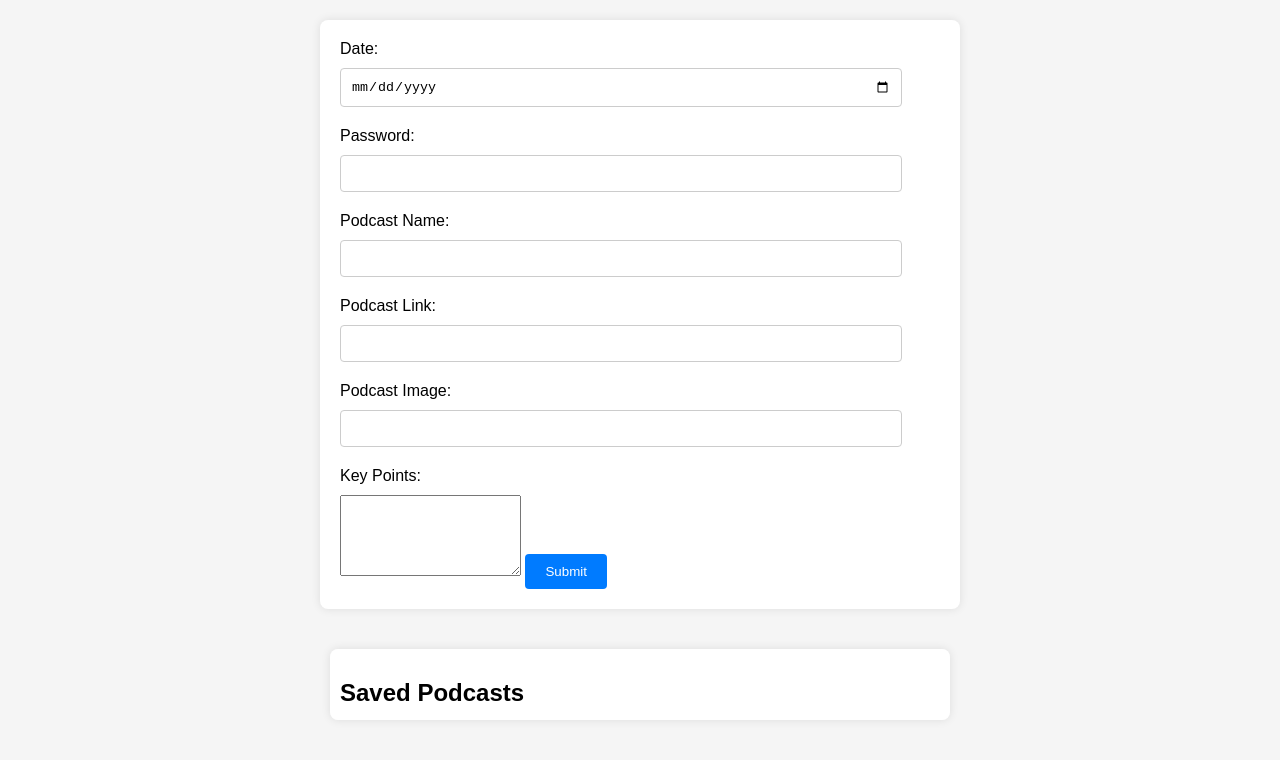
Repository: fechinmitchell/thedailyonepercent
Page: form.html
An editor plug-in stored every save of this project. The page is shown before and after the next save, followed by the edit.
The browser window is 1280 px wide. The pictures show the whole page.

Above is the page before, as saved 2023-06-25 22:11:42.

### form.html
<!DOCTYPE html>
<html>
<head>
  <link rel="stylesheet" type="text/css" href="popup.css">
</head>
<body>
  <div id="podcast-form-wrapper">
    <form id="podcast-form">
      <label for="date">Date:</label>
      <input type="date" id="date" name="date" required>

      <label for="password">Password:</label>
      <input type="password" id="password" name="password" required>

      <label for="podcastName">Podcast Name:</label>
      <input type="text" id="podcastName" name="podcastName" required>

      <label for="podcastLink">Podcast Link:</label>
      <input type="text" id="podcastLink" name="podcastLink" required>

      <label for="podcastImage">Podcast Image:</label>
      <input type="text" id="podcastImage" name="podcastImage" required>

      <label for="keyPoints">Key Points:</label>
      <textarea id="keyPoints" name="keyPoints" rows="5" required></textarea>

      <button type="button" id="submit">Submit</button>
    </form>
  </div>
  <div id="podcast-list">
    <h2>Saved Podcasts</h2>
    <ul id="podcast-list-items">
      <!-- Podcast items will be appended here -->
    </ul>
  </div>
  <script src="form.js"></script>
</body>
</html>

### popup.css
body {
  background-color: #f5f5f5;
  font-family: Arial, sans-serif;
  display: flex;
  justify-content: flex-start; /* align items at the start */
  align-items: center;
  height: 100vh;
  margin: 0;
  flex-direction: column; /* arrange items vertically */
  padding: 20px; /* add some padding around the whole body */
  overflow: auto; /* allow scrolling on the whole body if needed */
}

#header {
  display: flex;
  justify-content: center;
  align-items: center;
  margin-bottom: 20px;
}

#header-image {
  margin-right: 10px;
}

#podcast-form-wrapper, #podcast-list {
  background-color: white;
  padding: 20px;
  border-radius: 8px;
  box-shadow: 0px 0px 10px rgba(0,0,0,0.1);
  width: 80%;
  max-width: 600px;
  margin-bottom: 20px; /* add some space between the form and the list */
}

#podcast-form label {
  display: block;
  margin-bottom: 10px;
}

#podcast-form input {
  width: 90%;
  padding: 10px;
  margin-bottom: 20px;
  border-radius: 4px;
  border: 1px solid #ccc;
}

#podcast-form button {
  background-color: #007BFF;
  color: white;
  border: none;
  border-radius: 4px;
  padding: 10px 20px;
  cursor: pointer;
}

#podcast-form button:hover {
  background-color: #0056b3;
}

#logo {
  width: 50px; /* Adjust this to change the size of the logo */
}

#podcast-list {
  margin-top: 20px;
  padding: 10px;
  height: 50vh; /* Adjust this to change the height of the podcast list */
  overflow-y: auto; /* Enable vertical scrolling for the podcast list */
}

#podcast-list-items li {
  margin-bottom: 10px;
}

.delete-btn {
  margin-left: 10px;
  color: red;
  cursor: pointer;
}

/* New additions */

#content-wrapper {
  width: 550px;
  display: flex;
  flex-direction: column;
  align-items: center;
  justify-content: space-between;
}

#podcast-card {
  width: 100%;
  height: 60px;
  display: flex;
  flex-direction: column;
  align-items: center;
  justify-content: space-between;
}

#logo {
  width: 100px;
  height: auto;
}

### form.js
function loadPodcasts() {
    var podcastList = document.getElementById('podcast-list-items');
    podcastList.innerHTML = '';  // clear the list

    // load all saved podcasts from local storage
    for (var i = 0; i < localStorage.length; i++) {
      var key = localStorage.key(i);
      var podcast = JSON.parse(localStorage.getItem(key));

      var li = document.createElement('li');
      li.innerText = key + ': ' + podcast.name + ' (' + podcast.link + ')';

      var deleteBtn = document.createElement('span');
      deleteBtn.className = 'delete-btn';
      deleteBtn.innerHTML = '&#10006;'; // X symbol
      deleteBtn.addEventListener('click', deletePodcast.bind(null, key));

      li.appendChild(deleteBtn);
      podcastList.appendChild(li);
    }
  }

  function deletePodcast(key) {
    localStorage.removeItem(key);
    loadPodcasts(); // Reload the podcast list to reflect the deletion
  }

  document.getElementById('submit').addEventListener('click', function() {
    var password = document.getElementById('password').value;

    if (password === '12345') {
      var date = document.getElementById('date').value;
      var newPodcastName = document.getElementById('podcastName').value;
      var newPodcastLink = document.getElementById('podcastLink').value;
      var newPodcastImage = document.getElementById('podcastImage').value;
      var keyPoints = document.getElementById('keyPoints').value;

      var podcast = {
        name: newPodcastName,
        link: newPodcastLink,
        image: newPodcastImage,
        keyPoints: keyPoints
      };

      // Use the date as the key instead of the current day of the month
      localStorage.setItem(date, JSON.stringify(podcast));
      alert("Podcast info saved for " + date + "!");

      // Reload the podcast list to include the new podcast
      loadPodcasts();
    } else {
      alert("Invalid password!");
    }
  });

  // Load the saved podcasts when the page is opened
  loadPodcasts();

After the next save:
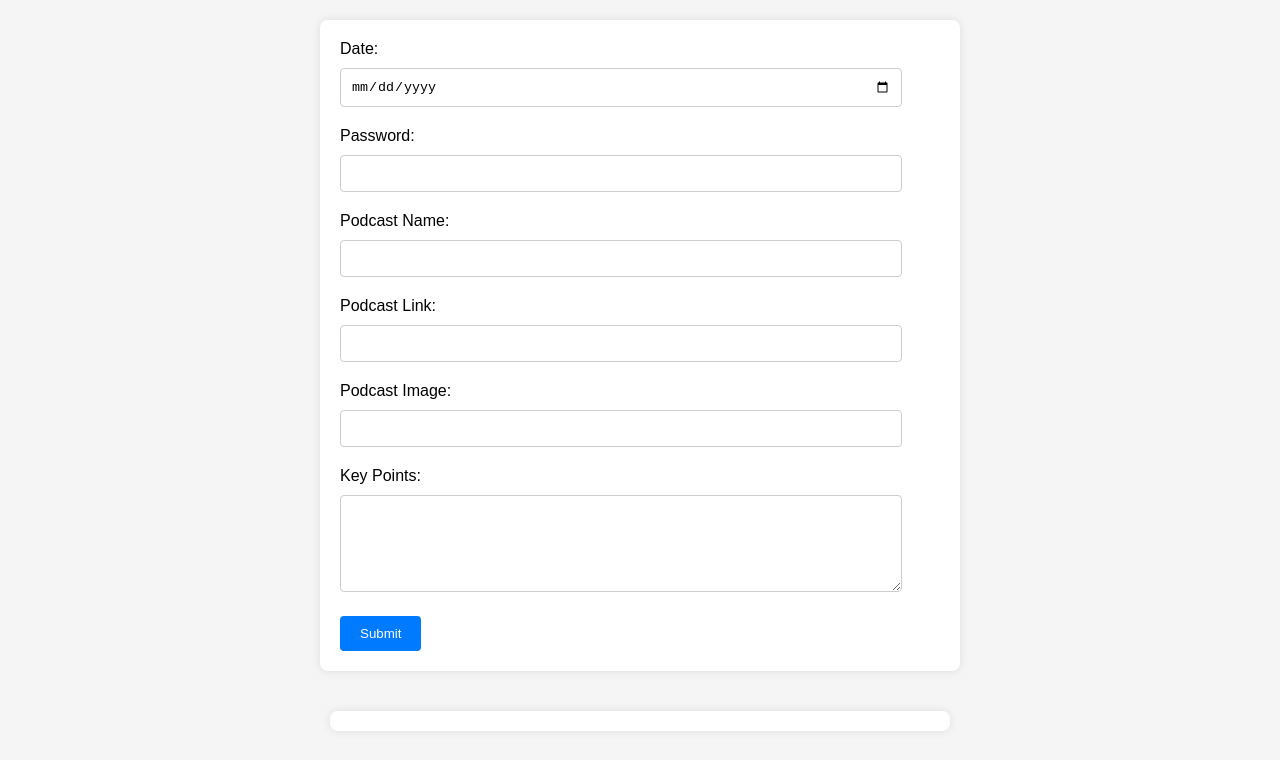
Saved 7 min 1 s later.
--- a/popup.css
+++ b/popup.css
@@ -37,7 +37,8 @@ body {
   margin-bottom: 10px;
 }
 
-#podcast-form input {
+#podcast-form input,
+#podcast-form textarea {
   width: 90%;
   padding: 10px;
   margin-bottom: 20px;
